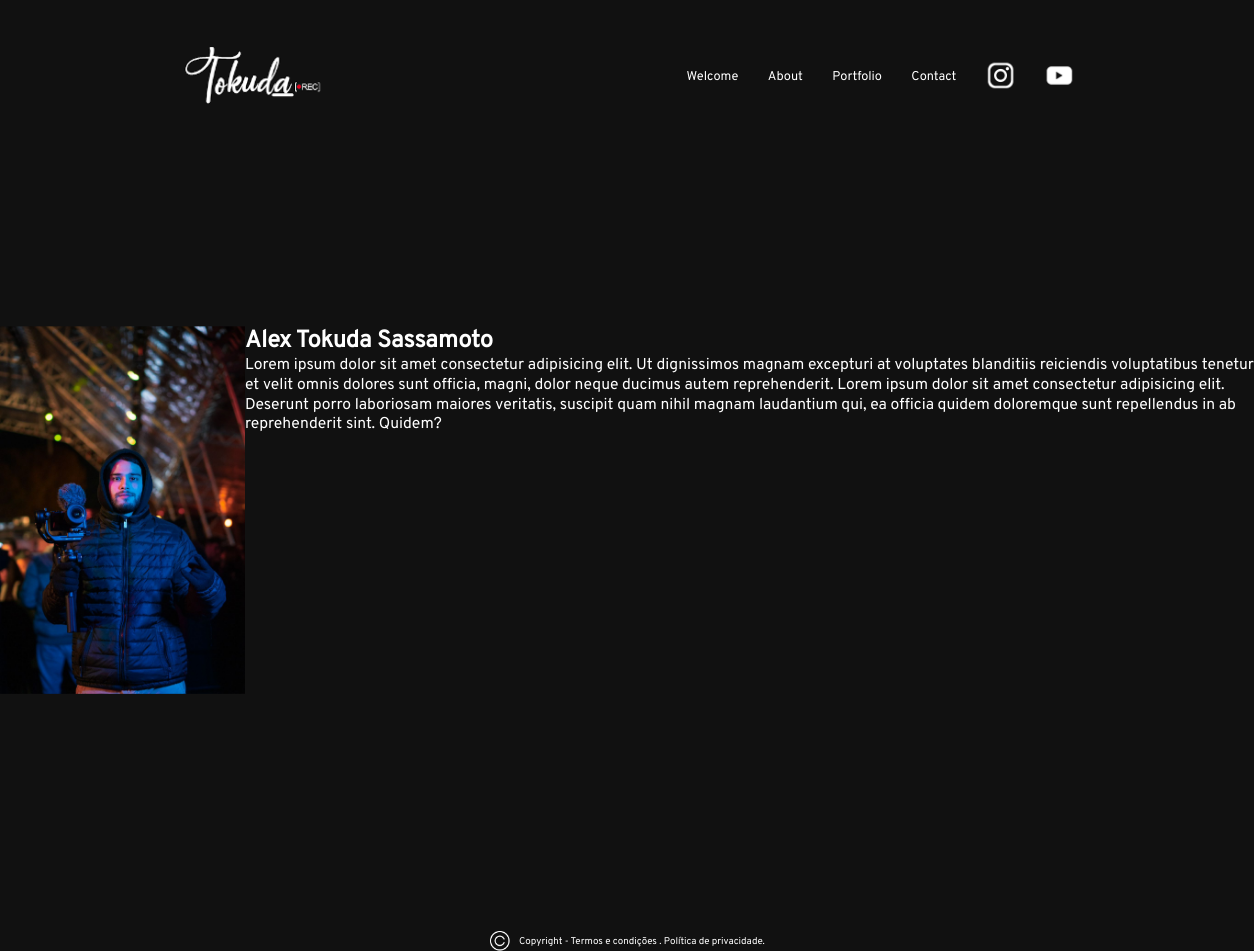
Repository: Lucasbeze/Project-FilmMaker
Page: projeto-alex/pages/about.html
The author's editor kept a copy of each file at every save. The page is drawn from the files as they stood at one save, then again after a run of saves.
The browser window is 1280 px wide. The pictures show the whole page, at 98% of full size.

Above is the page before, as saved 2022-08-25 14:58:53.

After the next 3 saves:
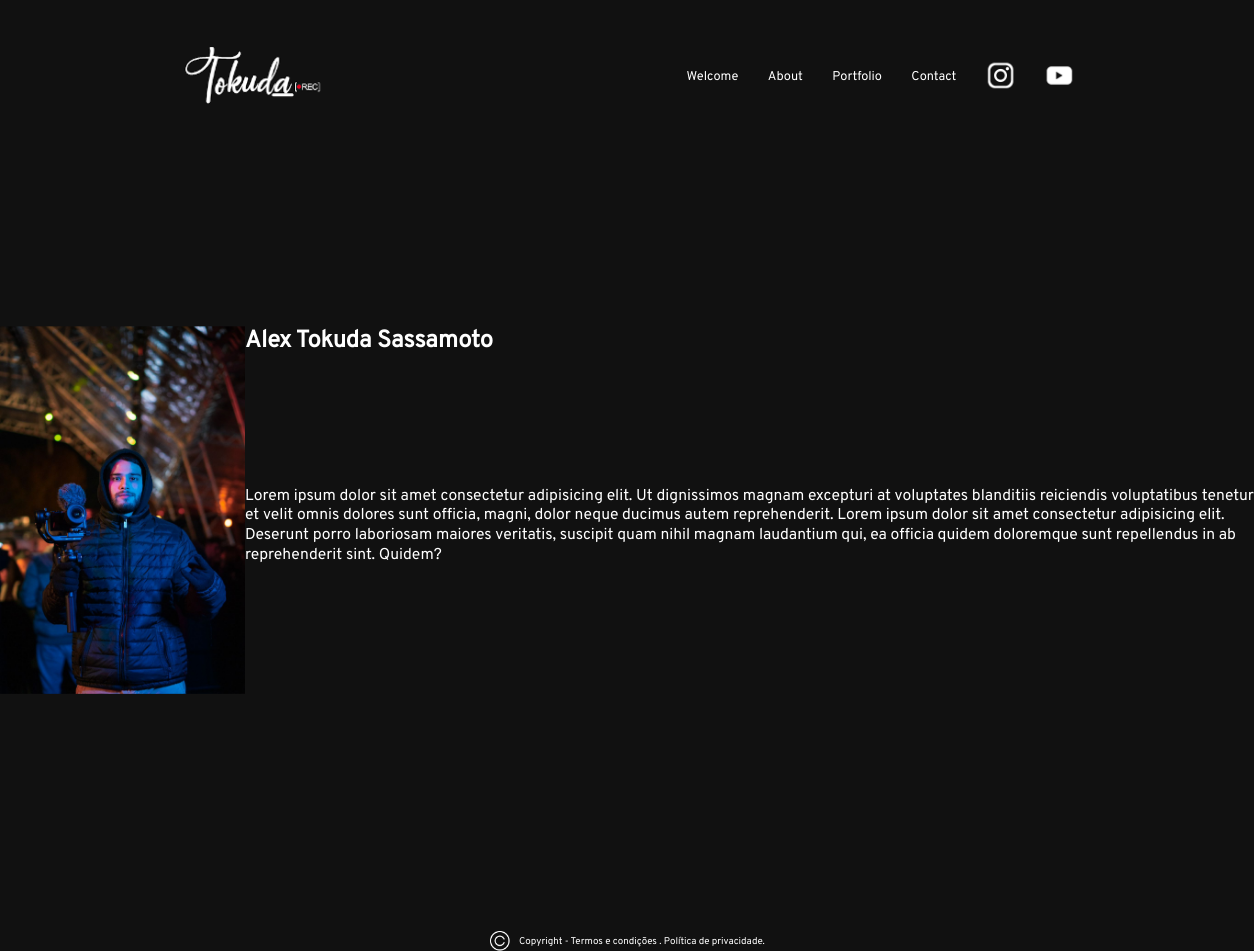
The 3 saves are shown as one change because they came seconds apart.
The last was saved 8 s later.
--- a/projeto-alex/css/about.css
+++ b/projeto-alex/css/about.css
@@ -41,12 +41,9 @@
   margin: 21.9rem auto 9rem;
   display:flex;
 }
-main .mainpage .content {
+.content {
   display: flex;
   flex-wrap: wrap;
-}
-.content{
-
 }
 main{
   font-family: var(--ff-text);
